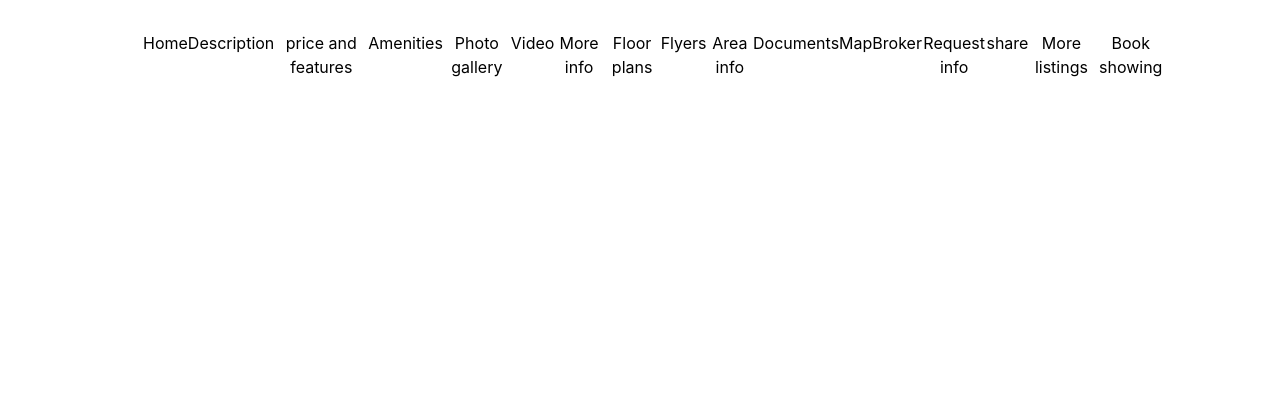
Repository: TMuse333/real-estate-landingpage
Page: /
The author's editor kept a copy of each file at every save. The page is drawn from the files as they stood at one save, then again after the next save.
The browser window is 1280 px wide. The pictures show the whole page.
The project was rebuilt for these pictures with package versions that can differ from the ones it lists, and the page was loaded fresh each time. Also part of the build but not shown: vite.config.js.

Above is the page before, as saved 2023-09-19 16:20:15.

### src/App.jsx
import { useState } from 'react'

import './App.css'

import Navbar from './components/navbar'

function App() {


  return (
    <>
    <Navbar/>
    </>
  )
}

export default App

### src/App.css
.header-container{
  display: flex;
  justify-content: space-between;
  align-items: center;
  width: 100vw;
  position: fixed;
  top: 0px;
  background: linear-gradient(to right, #ffffff, #ffffff);
  height: 50px;
  z-index: 10000;
  color:black;

 }

 .nav-list{

  list-style: none;
padding: 0;
  padding-bottom: 10px; /* Remove any default padding */
  margin: 0;
  transform: translate(15px,60px);
  width: 55%;

}

.list-container {
  position: relative;
  display: flex;
  flex-direction: column;
  align-items: center; /* Vertically center-align the items */
  text-align: center;
  color: black; /* Horizontally center-align the text within li elements */
}

.nav-button{
  margin-right: 20px;
  transform: translate(1rem,3.5rem);
  background-color: transparent;
  color: black;
}

@media screen and (min-width: 415px) and (min-height: 415px){
  .header-container{
    display: flex;
    justify-content: space-between;
    align-items: center;
    width: 100vw;
    position: fixed;
    top: 50px;
    background: linear-gradient(to right, #F4A460, #FF8C00);
height: max-content;
gap:10px;
   }

   .list-container {
    position: absolute;
    display: flex;
 flex-wrap: wrap;
    justify-content:space-around;
    left: 50%;
    transform: translateX(-50%);
    width: 80%;
    margin-bottom:100px;
  }

  .nav-list{
    display: flex;


    width: 100%;
  }

  .nav-button{
    display: none;
  }

  }

### src/components/navbar.jsx
import React, { useState,useEffect } from 'react';




const Navbar = () => {
  const [subMenuVisible, setSubMenuVisible] = useState(false);

  const toggleSubMenu = () => {
    setSubMenuVisible(!subMenuVisible);
  };

  const scrollToSection = (sectionId) => {

    const element = document.getElementById(sectionId);
    if (element) {

      element.scrollIntoView({
        behavior: 'smooth', // Smooth scrolling
        block: 'start',    // Scroll to the top of the element
      });
    }
  }

  useEffect(() => {
    // Function to update sub-menu visibility when the screen width changes
    const handleResize = () => {
      const screenWidth = window.innerWidth;
      setSubMenuVisible(screenWidth >= 415); // Set subMenuVisible to true if screen width is at least 415 pixels
    };

    // Add a resize event listener to update the sub-menu visibility
    window.addEventListener('resize', handleResize);

    // Initial call to set sub-menu visibility based on current screen width
    handleResize();

    // Clean up the event listener when the component unmounts
    return () => {
      window.removeEventListener('resize', handleResize);
    };
  }, []);

  const style = {

    opacity: subMenuVisible ? 1 : 0
    ,

  };

  return (
    <div className='header-container'>

      <div className='list-container'>
        <button onClick={toggleSubMenu} className='nav-button'>
          press me
        </button>
        <ul style={style} className='nav-list'>

          <li onClick={()=>scrollToSection('about')}>Home</li>

          <li onClick={()=>scrollToSection('description')}>Description</li>

          <li onClick={()=>scrollToSection('price')}>price and features</li>

          <li onClick={()=>scrollToSection('amenities')}>Amenities</li>

          <li onClick={()=>scrollToSection('photo-gallery')}>Photo gallery</li>

          <li onClick={()=>scrollToSection('video')}>Video</li>

          <li onClick={()=>scrollToSection('more-info')}>More info</li>

          <li onClick={()=>scrollToSection('floor-plans')}>Floor plans</li>

          <li onClick={()=>scrollToSection('flyers')}>Flyers</li>

          <li onClick={()=>scrollToSection('area-info')}>Area info</li>

          <li onClick={()=>scrollToSection('document')}>Documents</li>

          <li onClick={()=>scrollToSection('map')}>Map</li>

          <li onClick={()=>scrollToSection('broker')}>Broker</li>

          <li onClick={()=>scrollToSection('request-info')}>Request info</li>

          <li onClick={()=>scrollToSection('share')}>share</li>

          <li onClick={()=>scrollToSection('more-listings')}>More listings</li>

          <li onClick={()=>scrollToSection('book-showing')}>Book showing</li>





        </ul>
      </div>
    </div>
  );
};

export default Navbar;

Loaded but not shown: index.html (common file); src/main.jsx (common file); src/index.css (common file)

After the next save:
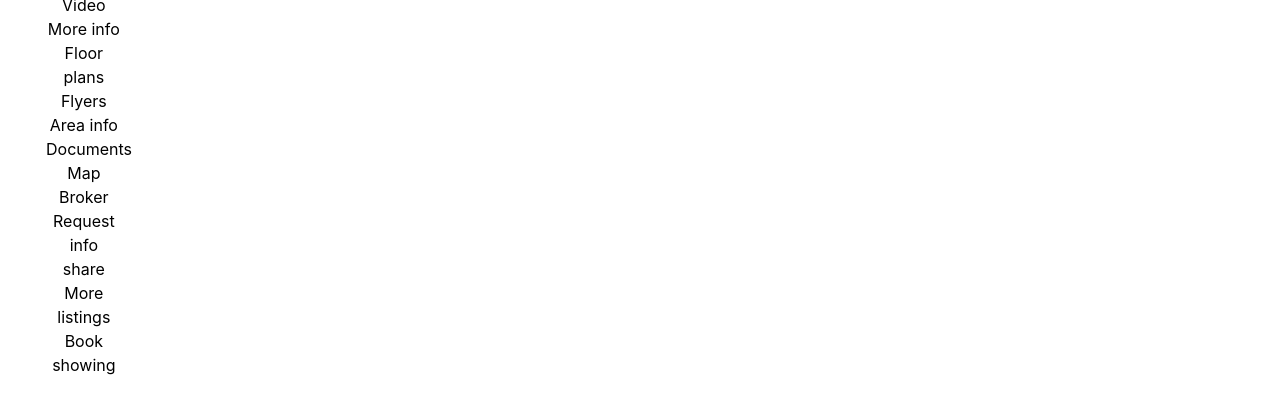
Saved 6 s later.
--- a/src/App.css
+++ b/src/App.css
@@ -39,7 +39,7 @@ padding: 0;
   color: black;
 }
 
-@media screen and (min-width: 415px) and (min-height: 415px){
+/* @media screen and (min-width: 415px) and (min-height: 415px){
   .header-container{
     display: flex;
     justify-content: space-between;
@@ -74,4 +74,4 @@ gap:10px;
     display: none;
   }
 
-  }
+  } */
